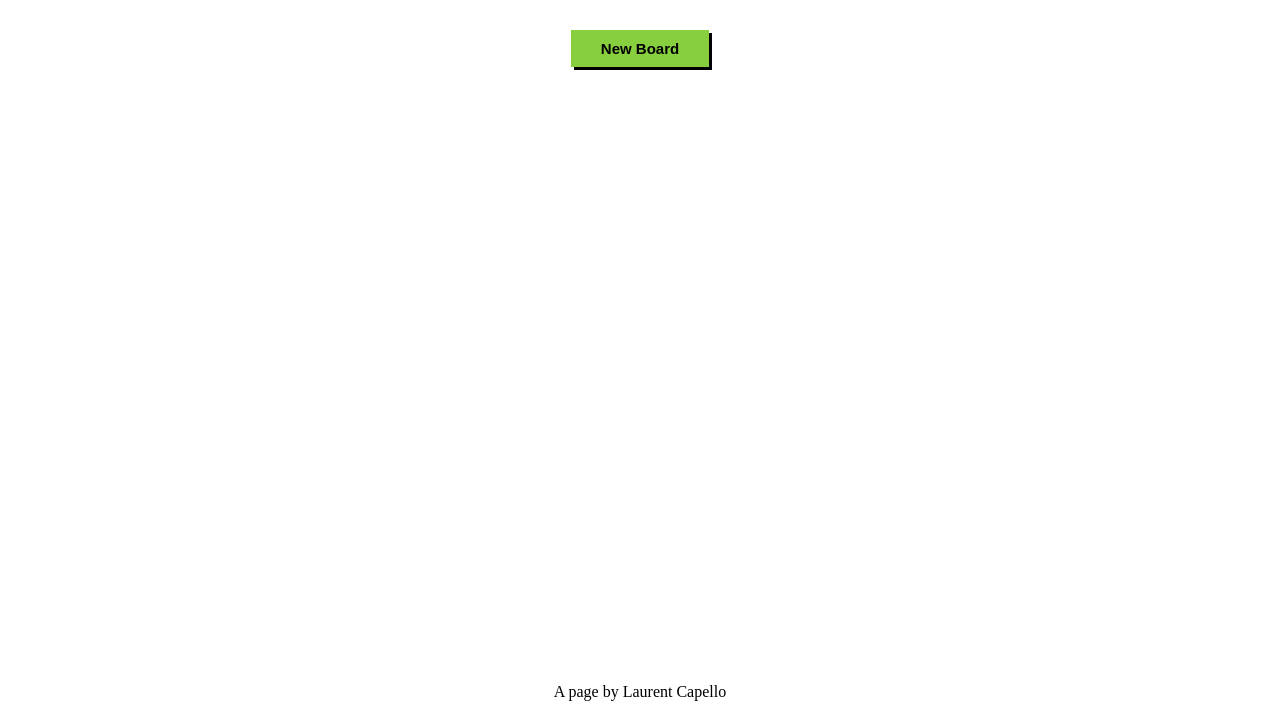
Repository: sokafootball/etch-a-sketc
Page: index.html
An editor plug-in stored every save of this project. The page is shown before and after the next save, followed by the edit.
The browser window is 1280 px wide. The pictures show the whole page.

Above is the page before, as saved 2020-04-18 11:21:43.

### index.html
<html>
<head>
  <link rel="stylesheet" type="text/css" href="reset.css">
  <link rel="stylesheet" type="text/css" href="style.css">
</head>
<body>
<main id="main">
  <button id="reset-btn">New Board</button>
  <div id="grid-div"></div>
</main>
<footer>
  <p>A page by <span id="signature">Laurent Capello</span></p>
</footer>
<script type="text/javascript" src="script.js"></script>
</body>
</html>

### style.css
:root{
  --shadow-size: 3px;
  --main-color: hsla(90, 60%, 53%, 1);
}

footer{
  width: 100%;
  position: absolute;
  display: flex;
  justify-content: center;
  bottom: 20px;
}

.cell {
  background-color: black;
  display: inline-block;
}

.hovered-cell{
  background-color: var(--main-color);
}

#main{
  align-items: center;
  display:flex;
  flex-direction: column;
  margin-top: 30px;
}

#reset-btn{
  cursor: pointer;
  font-weight: 800;
  margin-bottom: 30px;
  padding: 10px 30px;
  font-size: 15px;
  background-color: var(--main-color);
  border: 0;
  box-shadow: var(--shadow-size) var(--shadow-size);
}

#reset-btn:focus{
  outline-width: 0;
}

#reset-btn:active{
  box-shadow: none;
  position: relative;
  left: var(--shadow-size);
  top: var(--shadow-size);
}

### script.js
const grid = document.querySelector(`#grid-div`)
const resetButton = document.querySelector(`#reset-btn`)
const GRID_PX_SIZE = 720
const MAX_GRID_SIZE = 150
resetButton.addEventListener(`click`, resetBoard)


function createBoard(){
  let size = getSizeFromUser()
  for (let i = 1; i <= size; i++) {
    for (let j = 1; j <= size; j++) {
      createCell(size)
    }
    goToNewLine()
  }
}

function resetBoard(){
  deleteBoard()
  createBoard()
}

function deleteBoard(){
  let cells = document.querySelectorAll(`.cell`)
  cells.forEach(cell => grid.removeChild(cell))
  let breaks = document.querySelectorAll(`br`)
  breaks.forEach(br => grid.removeChild(br))
}

function getSizeFromUser() {
  let size
  do { size = prompt(`How many squares per side? (between 0 and ${MAX_GRID_SIZE})`) }
    while (isNaN(Number(size)) || size == `` || size > MAX_GRID_SIZE)
  return Number(size)
}

function createCell(size){
  const cell = document.createElement(`div`)
  const pixelsPerSide = GRID_PX_SIZE / size
  cell.addEventListener("mouseenter", () => cell.classList.add(`hovered-cell`));
  cell.classList.add(`cell`)
  cell.style.width = pixelsPerSide
  cell.style.height = pixelsPerSide
  grid.appendChild(cell)
}

function goToNewLine(){
  const br = document.createElement(`br`)
  grid.appendChild(br)
}

Loaded but not shown: reset.css (common file)

After the next save:
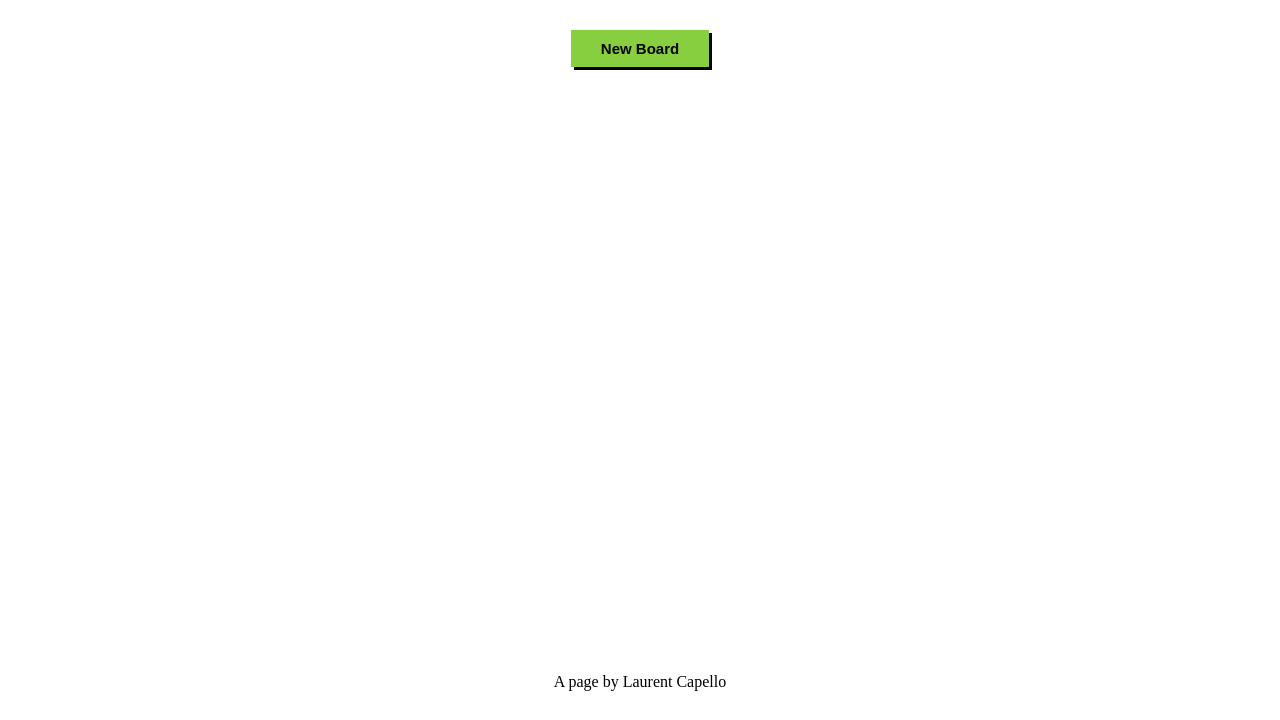
Saved 7 s later.
--- a/style.css
+++ b/style.css
@@ -8,7 +8,7 @@ footer{
   position: absolute;
   display: flex;
   justify-content: center;
-  bottom: 20px;
+  bottom: 30px;
 }
 
 .cell {
